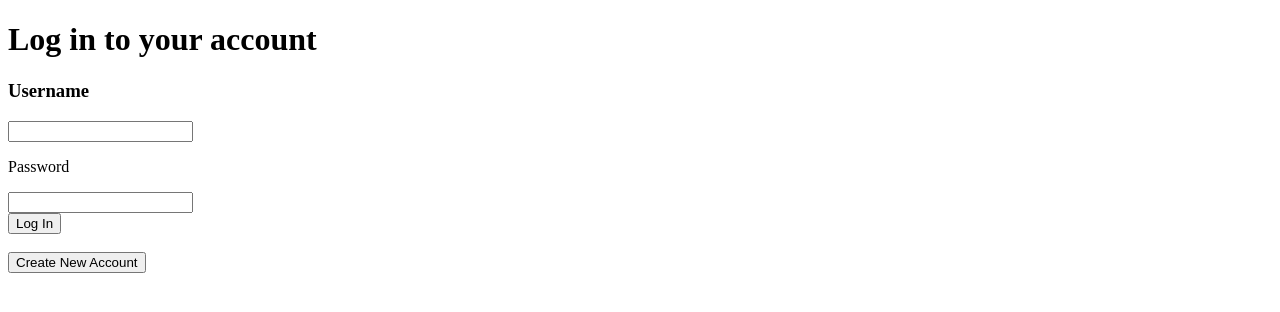
Repository: ir1998/cs201
Page: InvestCS/WebContent/index.html
These files come from the project's save history. The page is drawn as it stood at one moment and after the next save; the edit follows.
The browser window is 1280 px wide. The pictures show the whole page.

Above is the page before, as saved 2017-03-30 22:48:57.

After the next save:
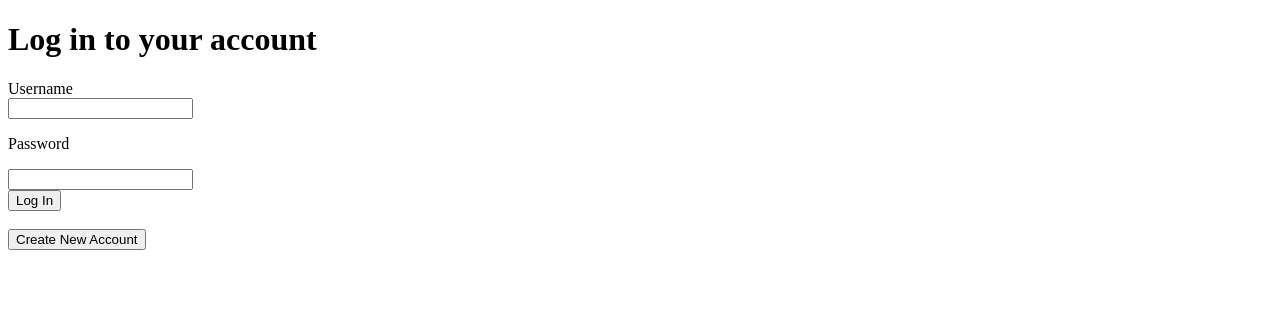
Saved 8 s later.
--- a/InvestCS/WebContent/index.html
+++ b/InvestCS/WebContent/index.html
@@ -8,7 +8,7 @@
 	<h1>Log in to your account</h1>
 
 	<form class="Login Form" action="submit">
-    <h3>Username</h3>
+    <div>Username</div>
 		<input type="text" id="username" name="username"/>
     <br>
     <p>Password</p>
